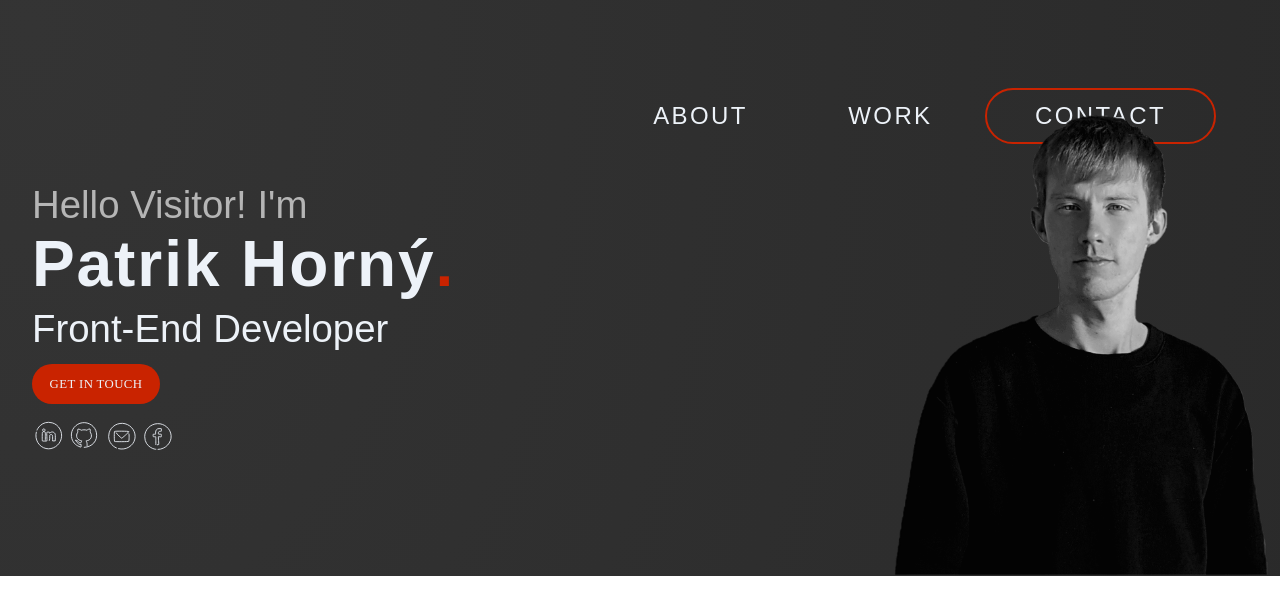
Repository: Spreceriany/portfolio
Page: index.html
The author's editor kept a copy of each file at every save. The page is drawn from the files as they stood at one save, then again after the next save.
The browser window is 1280 px wide. The pictures show the whole page.
Some web fonts or font styles are not loaded; a fallback is used. The style sheet was rebuilt from its Sass, Less or Tailwind sources for each picture, by a compiler version that may differ from the author's.

Above is the page before, as saved 2021-03-07 17:33:17.

After the next save:
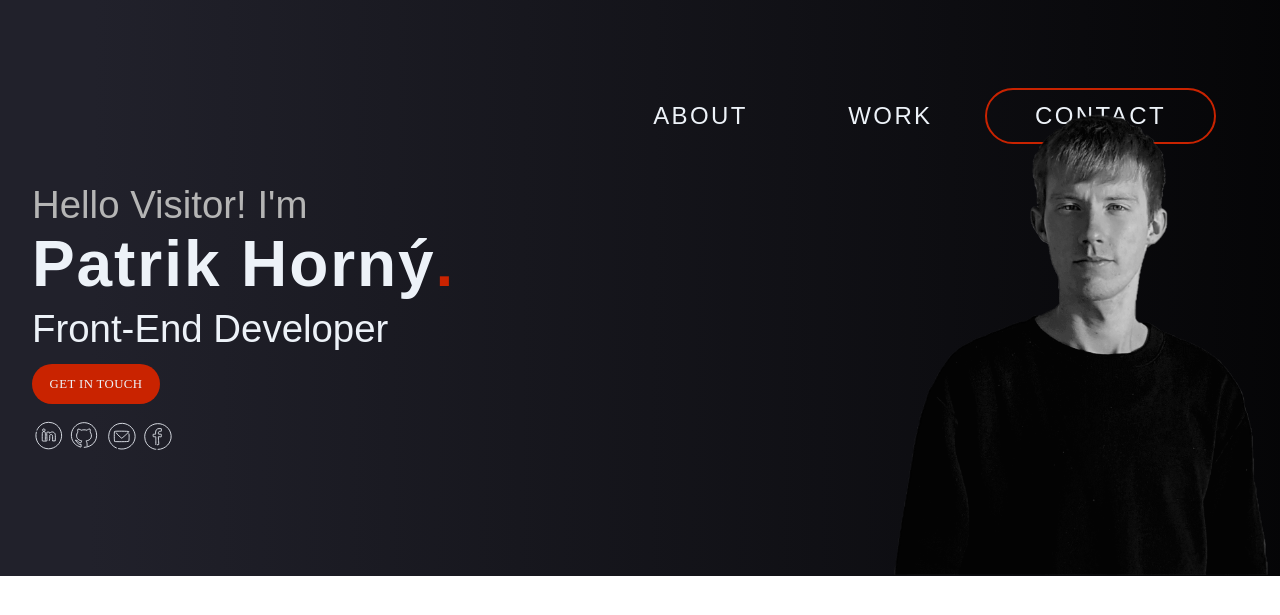
Saved 4 s later.
--- a/css/style.scss
+++ b/css/style.scss
@@ -109,7 +109,11 @@
   max-width: 120em;
   margin: 0 auto;
   min-height: 80vh;
-  background: radial-gradient(365.26% 1268.12% at 2.37% 4.77%, #343434 0%, #111111 100%);
+  background: linear-gradient(
+    90.58deg,
+    #21212b 7.37%,
+    rgba(0, 0, 0, 0.88) 117.59%
+  );
   display: grid;
   align-items: center;
   justify-content: center;

After the save that followed:
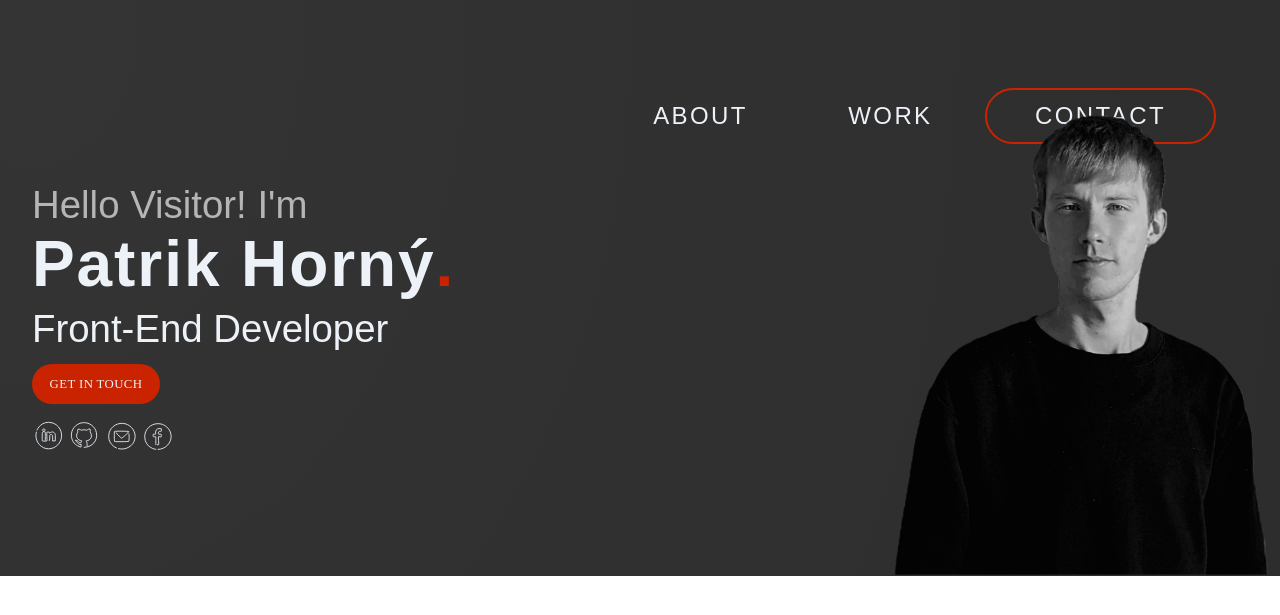
Saved 10 min 31 s later.
--- a/css/style.scss
+++ b/css/style.scss
@@ -109,11 +109,7 @@
   max-width: 120em;
   margin: 0 auto;
   min-height: 80vh;
-  background: linear-gradient(
-    90.58deg,
-    #21212b 7.37%,
-    rgba(0, 0, 0, 0.88) 117.59%
-  );
+  background: radial-gradient(512.93% 1494.1% at 2.37% 4.77%, #343434 0%, #111111 100%);
   display: grid;
   align-items: center;
   justify-content: center;
